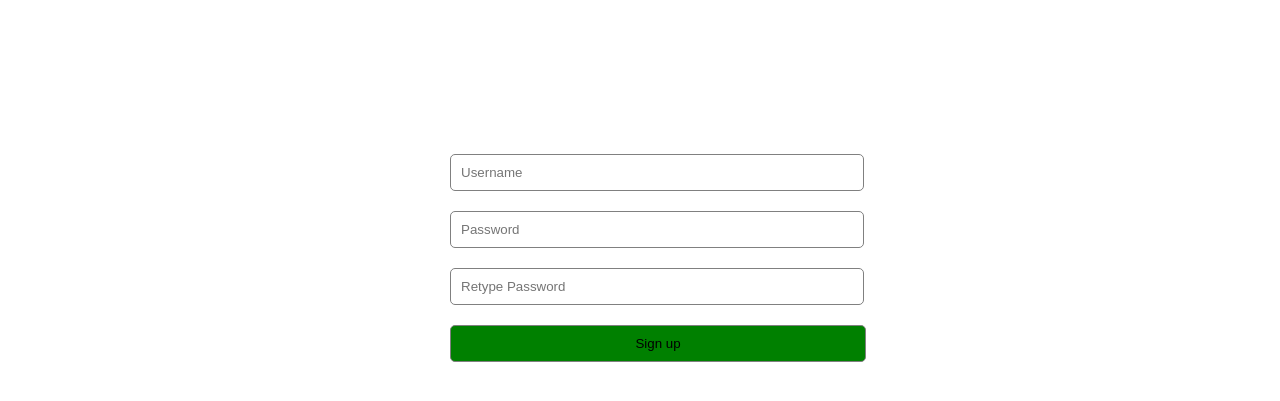
Repository: chathura226/SeekWork_Group_Project_I
Page: http://localhost/signup.php
An editor plug-in stored every save of this project. The page is shown before and after the next save, followed by the edit.
The browser window is 1280 px wide. The pictures show the whole page.
The page is run by PHP 8.4 with error messages shown; the project is at /var/www/html/.

Above is the page before, as saved 2023-12-05 20:41:59.
Console error: TypeError: Cannot read properties of null (reading 'addEventListener')

### chat/signup.php
<!DOCTYPE html>
<html>
    <head>
        <title>Chat</title>

    </head>
    <style type="text/css">

        @font-face {
            font-family: headFont;
            src: url(ui/fonts/Summer-Vibes-OTF.otf);
        }

        @font-face {
            font-family: myfont;
            src: url(ui/fonts/OpenSans-Regular.ttf);
        }


        #wrapper{

            max-width: 900px;
            min-height: 500px;
            display: flex;
            margin:auto;
            color:grey;
            font-family:myfont;
            font-size:13px;

        }

        form{
            margin:auto;
            padding:10px;
            width:100%;
            max-width: 400px;
        }

        input{
            padding:10px;
            margin:10px;
            width:98%;
            border-radius:5px;
            border:solid 1px grey;
        }

        input[type=submit]{
            width:104%;
            background-color:green;
        }


    </style>
    <body>
        <div id="wrapper">

            <form>
                <input type="text"  name="username" placeholder="Username"><br>
                <input type="password"  name="password" placeholder="Password"><br>
                <input type="password"  name="password2" placeholder="Retype Password"><br>
                <input type="submit"  value="Sign up"><br>
            </form>


        </div>
    </body>
</html>

<script type="text/javascript">

    function _(element){
        return document.getElementById(element);
    }



    var label = _("label_chat");

    label.addEventListener("click",function(){

        var inner_pannel = _("inner_left_pannel");

        var ajax = new XMLHttpRequest();

        ajax.onload = function(){

            if(ajax.status==200 || ajax.readyState==4){

                inner_pannel.innerHTML = ajax.responseText;


            }


        }

        ajax.open("POST","file.txt",true);
        ajax.send();


    });



</script>

After the next save:
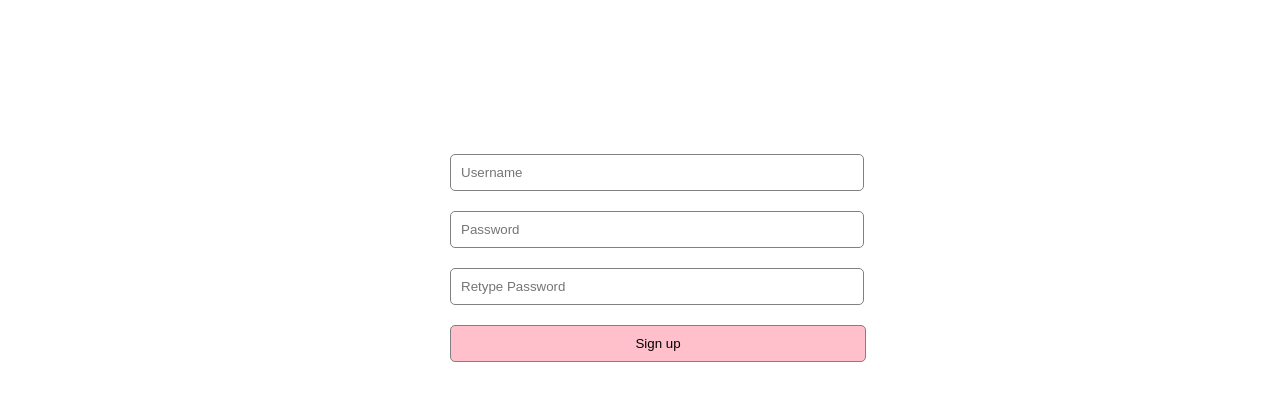
Saved 29 s later.
--- a/chat/signup.php
+++ b/chat/signup.php
@@ -46,7 +46,7 @@
 
         input[type=submit]{
             width:104%;
-            background-color:green;
+            background-color:pink;
         }
 
 
